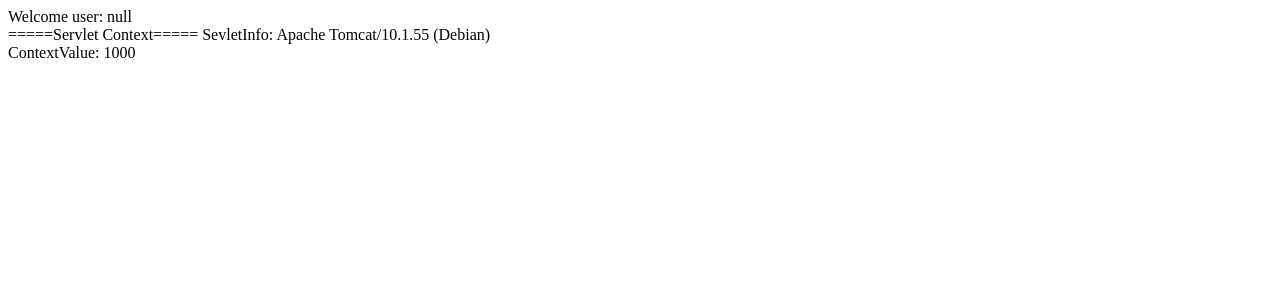
Repository: mdshoaib1366/Parking_Lot
Page: http://localhost/Servlet-Context_Props/Display.jsp
The author's editor kept a copy of each file at every save. The page is drawn from the files as they stood at one save, then again after the next save.
The browser window is 1280 px wide. The pictures show the whole page.
The page is served by Tomcat 10.

Above is the page before, as saved 2024-08-02 04:04:09.

After the next save:
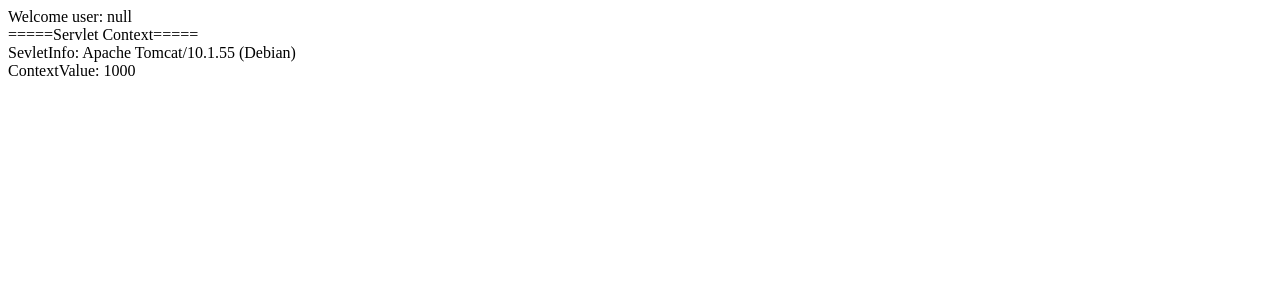
Saved 45 s later.
--- a/Sarvlet_Project/Servlet-Context_Props/src/main/webapp/Display.jsp
+++ b/Sarvlet_Project/Servlet-Context_Props/src/main/webapp/Display.jsp
@@ -11,7 +11,7 @@
 		String uName = request.getParameter("uname");
 	     int k = Integer.parseInt(application.getInitParameter("a"));
 	     out.println("Welcome user: "+uName+"<br>");
-	     out.println("=====Servlet Context=====");
+	     out.println("=====Servlet Context=====<br>");
 	     out.println("SevletInfo: "+application.getServerInfo()+"<br>");
 	     out.println("ContextValue: "+k);
 	%>
